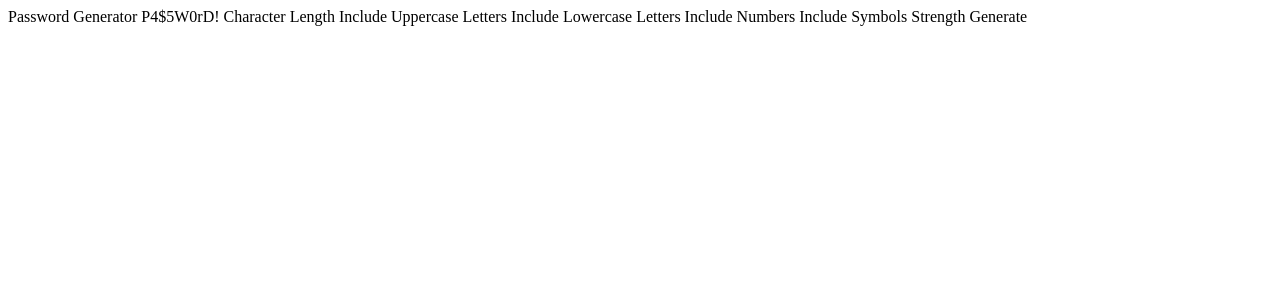
Repository: blordeus/password-generator-app
Page: starter-code/index.html
An editor plug-in stored every save of this project. The page is shown before and after a run of saves, followed by the edit.
The browser window is 1280 px wide. The pictures show the whole page.

Above is the page before, as saved 2023-10-05 15:47:19.

After the next 2 saves:
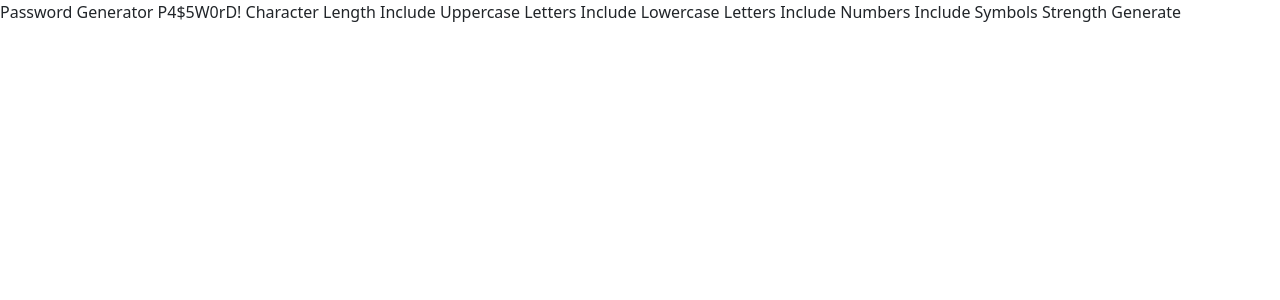
The 2 saves are shown as one change because they came seconds apart.
The last was saved 2 min 48 s later.
--- a/starter-code/index.html
+++ b/starter-code/index.html
@@ -3,6 +3,7 @@
 <head>
   <meta charset="UTF-8">
   <meta name="viewport" content="width=device-width, initial-scale=1.0">
+  <link href="https://cdn.jsdelivr.net/npm/bootstrap@5.3.2/dist/css/bootstrap.min.css" rel="stylesheet" integrity="sha384-T3c6CoIi6uLrA9TneNEoa7RxnatzjcDSCmG1MXxSR1GAsXEV/Dwwykc2MPK8M2HN" crossorigin="anonymous">
 
   <link rel="icon" type="image/png" sizes="32x32" href="./assets/images/favicon-32x32.png">
   <link href="https://fonts.googleapis.com/css2?family=JetBrains+Mono:wght@700&display=swap" rel="stylesheet">
